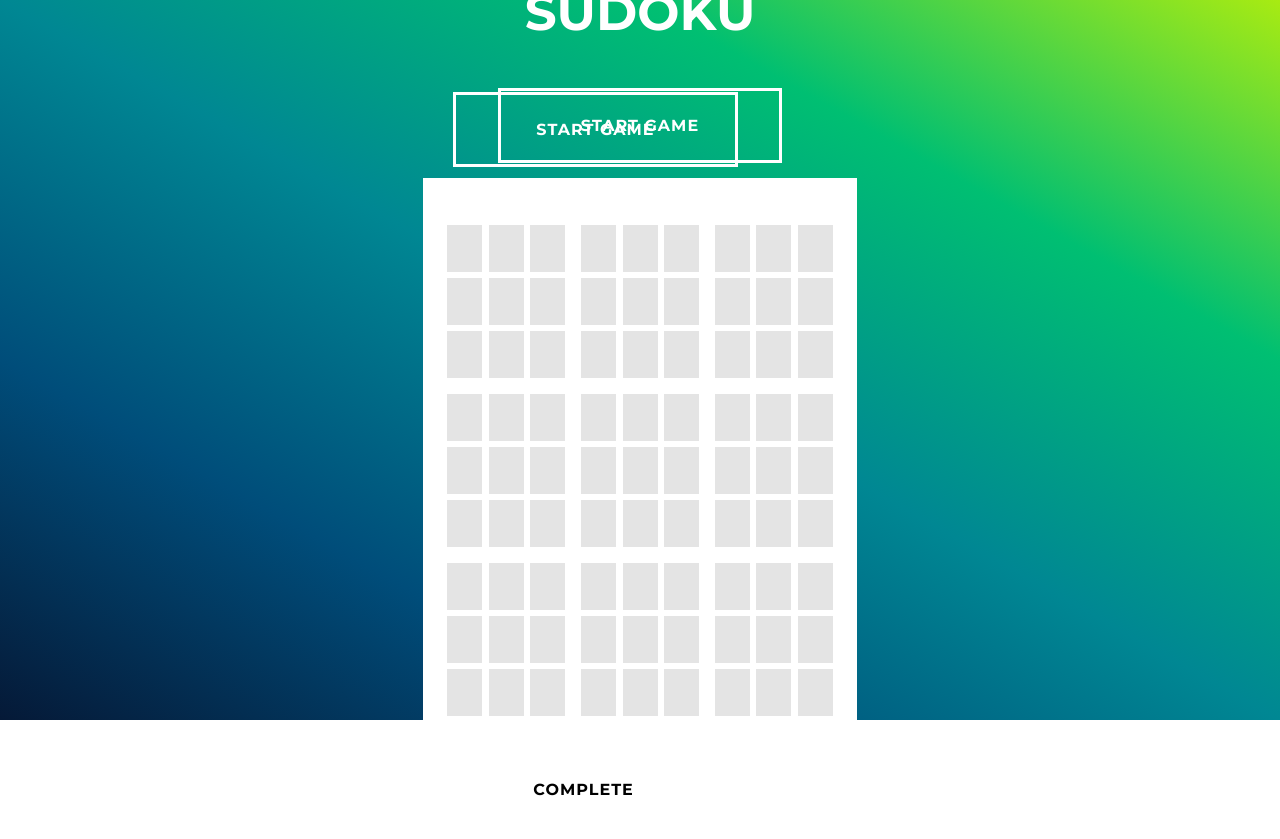
Repository: pattypetrikova/sudoku
Page: index.html
An editor plug-in stored every save of this project. The page is shown before and after the next save, followed by the edit.
The browser window is 1280 px wide. The pictures show the whole page.
Some web fonts or font styles are not loaded; a fallback is used.

Above is the page before, as saved 2022-12-30 12:13:07.

After the next save:
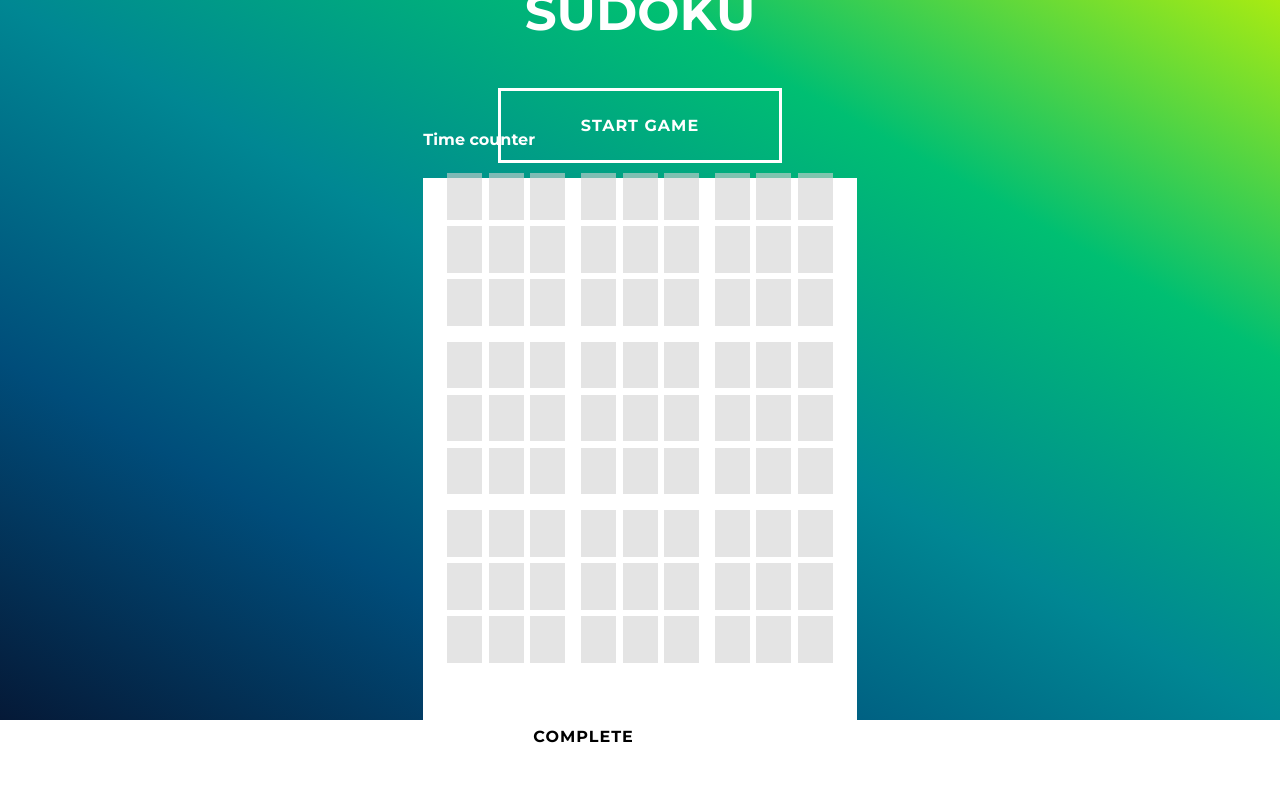
Saved 5 s later.
--- a/index.html
+++ b/index.html
@@ -17,7 +17,6 @@
         <div class="game">
             <div class="head">
                 <div class="buttons">
-                    <button class="button button-1 start">Start game</button>
                     <div class="time-couner">Time counter</div>
                 </div>
             </div>
